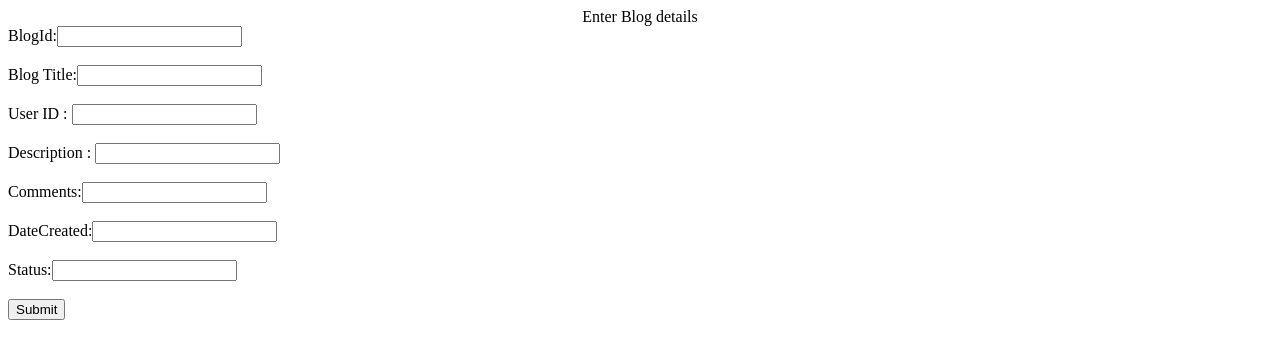
Repository: santosh345/Collabortion
Page: CollaborationFrontEnd/WebContent/c_blog/CreateBlog.html
An editor plug-in stored every save of this project. The page is shown before and after the next save, followed by the edit.
The browser window is 1280 px wide. The pictures show the whole page.

Above is the page before, as saved 2017-05-29 09:08:57.

### CollaborationFrontEnd/WebContent/c_blog/CreateBlog.html
<div ng-controller="BlogController as ctrl">

<center>Enter Blog details</center>

<form ng-submit="ctrl.Submit()" class="form-horizontal">

BlogId:<input type="text" ng-model="ctrl.blog.blogId"><br><br>

Blog Title:<input type="text" ng-model="ctrl.blog.blogtitle"/><br><br>

User ID : <input type="text" ng-model="ctrl.blog.blogUser_Id"/><br><br>

Description : <input type="text" ng-model="ctrl.blog.blogDescription"/><br><br>

Comments:<input type="text" ng-model="ctrl.blogcomments"/><br></br>

DateCreated:<input type="text" ng-model="ctrl.blogdatecreated"/><br></br>

Status:<input type="text" ng-model="ctrl.blogstatus"/><br></br>

<button type="button" ng-click="ctrl.Submit()">Submit</button>

</form>

</div>

After the next save:
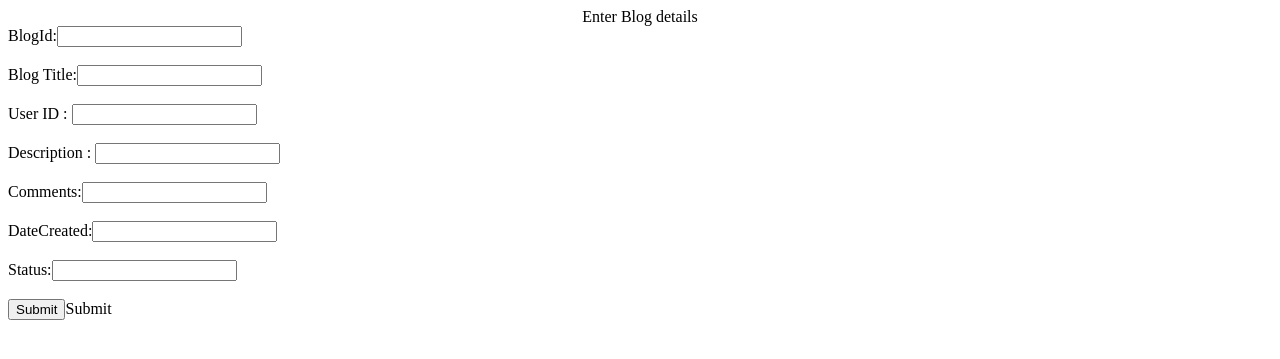
Saved 24 s later.
--- a/CollaborationFrontEnd/WebContent/c_blog/CreateBlog.html
+++ b/CollaborationFrontEnd/WebContent/c_blog/CreateBlog.html
@@ -18,7 +18,7 @@
 
 Status:<input type="text" ng-model="ctrl.blogstatus"/><br></br>
 
-<button type="button" ng-click="ctrl.Submit()">Submit</button>
+<input type="submit" ng-click="ctrl.Submit()">Submit</button>
 
 </form>
 

After the save that followed:
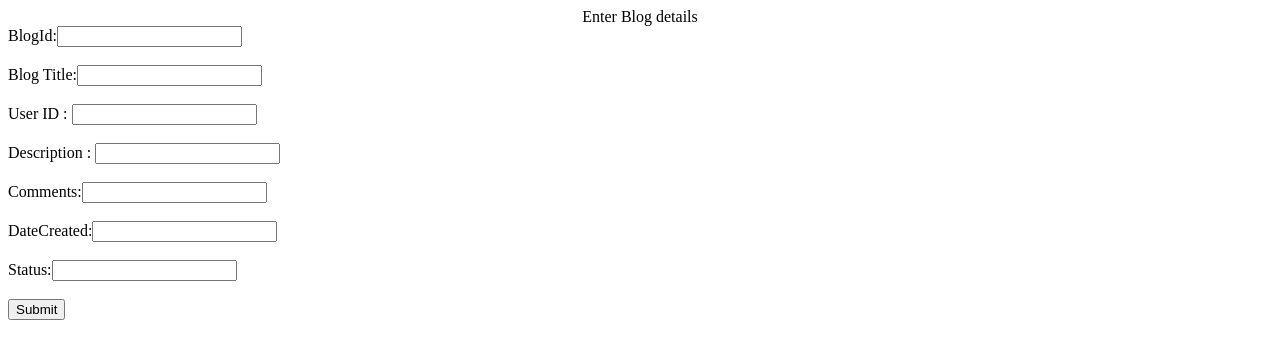
Saved 45 s later.
--- a/CollaborationFrontEnd/WebContent/c_blog/CreateBlog.html
+++ b/CollaborationFrontEnd/WebContent/c_blog/CreateBlog.html
@@ -18,7 +18,7 @@
 
 Status:<input type="text" ng-model="ctrl.blogstatus"/><br></br>
 
-<input type="submit" ng-click="ctrl.Submit()">Submit</button>
+<input type="submit" value="Submit">
 
 </form>
 
